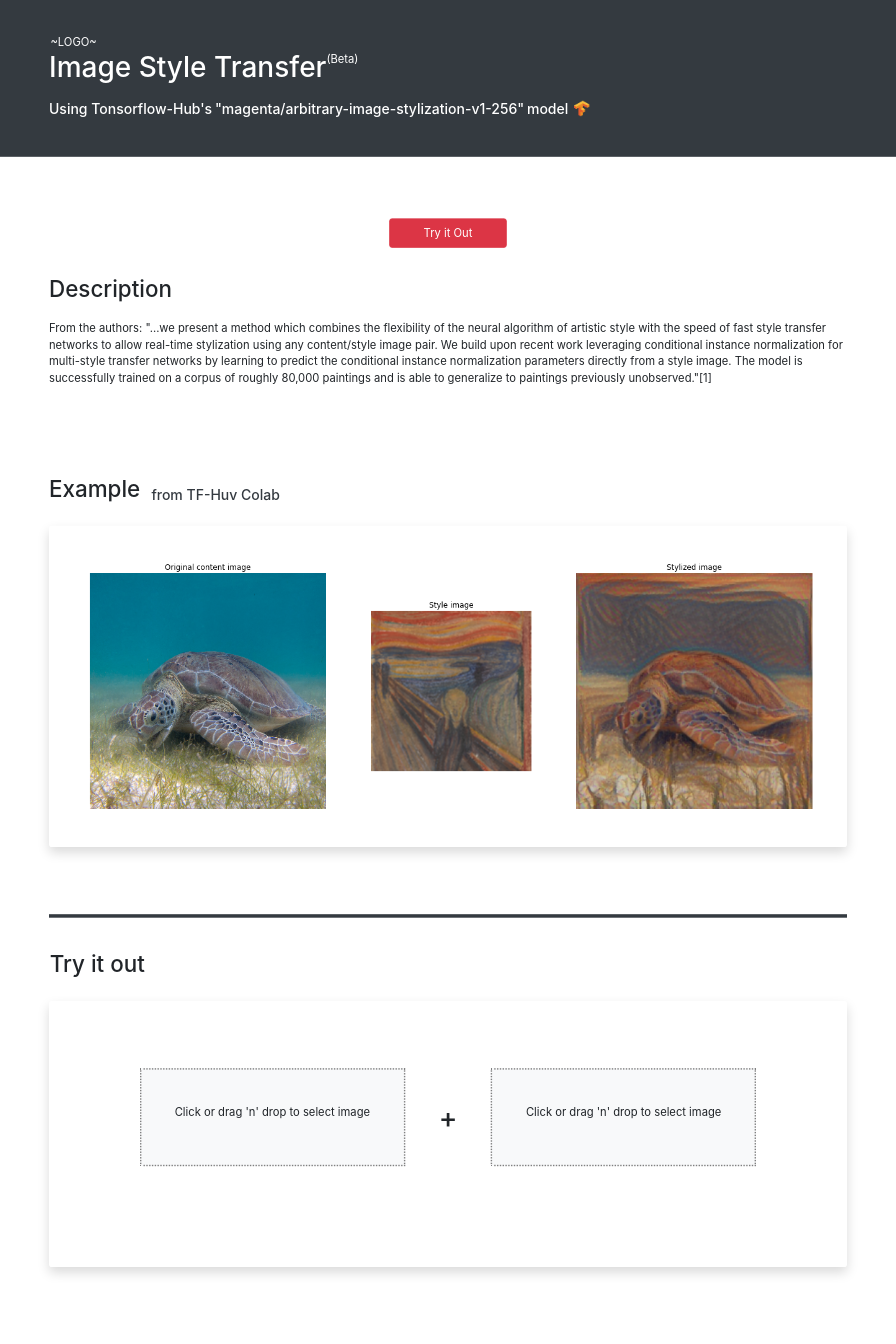
Repository: s-vidal/style_transfer
Page: / (app in client/)
These files come from the project's save history. The page is drawn as it stood at one moment and after the next save; the edit follows.
The browser window is 1280 px wide. The pictures show the part of the page from y = 0 to 1920 px (the page is 2176 px tall before and 2173 px after), at 70% of full size.
The project was rebuilt for these pictures with package versions that can differ from the ones it lists, and the page was loaded fresh each time. Also part of the build but not shown: client/src/index.css.

Above is the page before, as saved 2020-09-24 14:01:25.

After the next save:
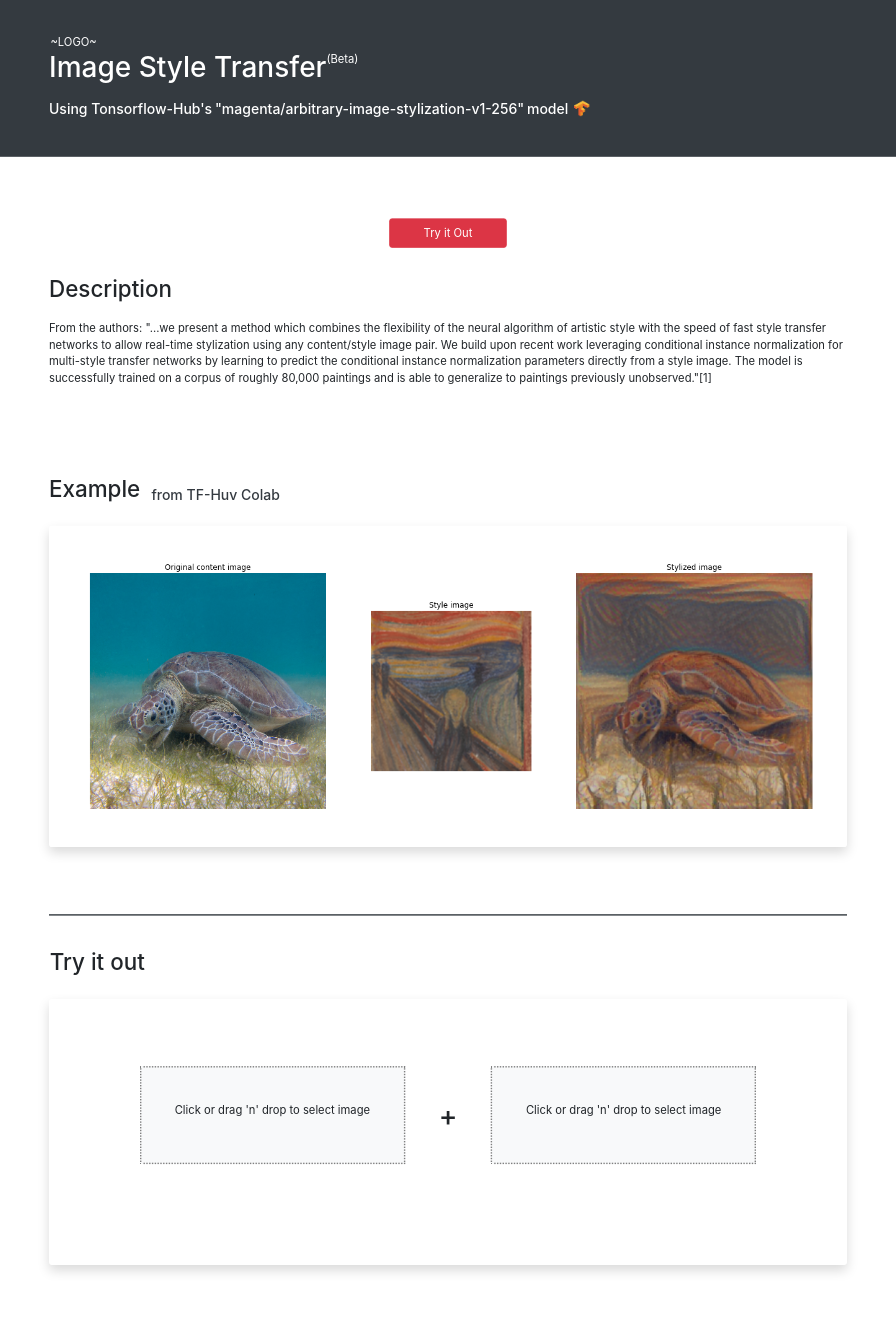
Saved 9 s later.
--- a/client/src/App.js
+++ b/client/src/App.js
@@ -44,7 +44,7 @@
         </div>
         <div
           className="container pb-5"
-          style={{borderBottom: "5px solid rgb(52, 58, 64)"}}
+          style={{borderBottom: "2px solid rgb(52, 58, 64)"}}
         >
           <div className="row pt-5 d-flex align-items-end">
             <h2>Example</h2>
